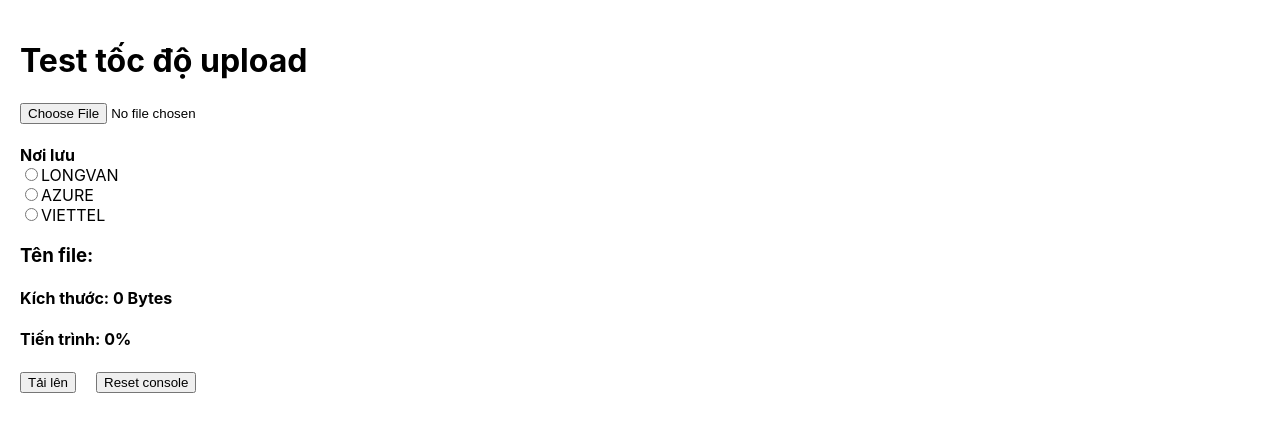
Repository: duc30012001/viettel-test-upload
Page: /
The author's editor kept a copy of each file at every save. The page is drawn from the files as they stood at one save, then again after the next save.
The browser window is 1280 px wide. The pictures show the whole page.
The project was rebuilt for these pictures with package versions that can differ from the ones it lists, and the page was loaded fresh each time. Imported but missing from the stored project, and not drawn on this page: src/reportWebVitals.

Above is the page before, as saved 2023-03-16 12:56:45.

After the next save:
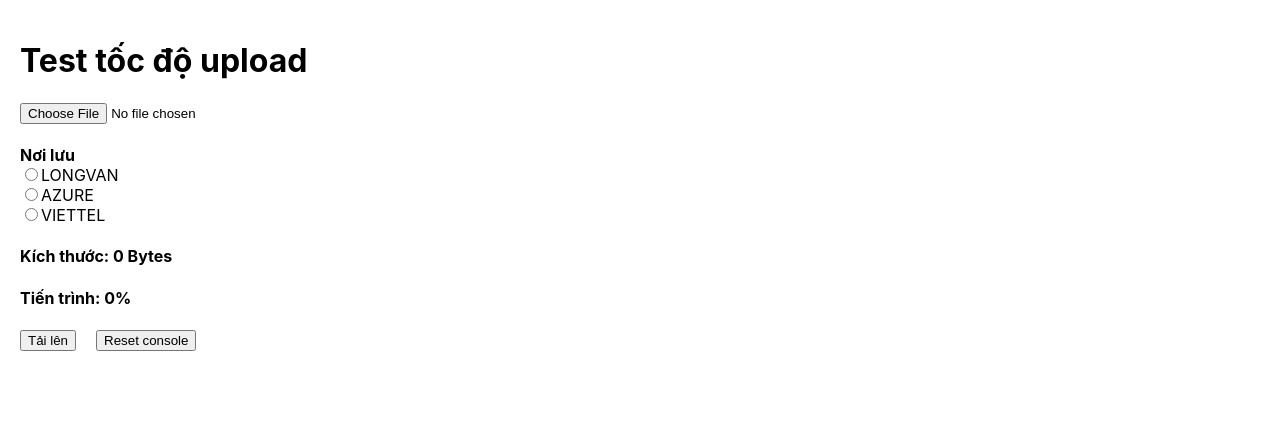
Saved 19 s later.
--- a/src/App.jsx
+++ b/src/App.jsx
@@ -78,7 +78,7 @@ const App = () => {
         ))}
       </div>
 
-      <h3>Tên file: {file.name || ""}</h3>
+      {/* <h3>Tên file: {file.name || ""}</h3> */}
       <h4>Kích thước: {getFileSize(file.size || 0)}</h4>
       <h4>Tiến trình: {progress}%</h4>
       <button onClick={handleUpload}>Tải lên</button>
